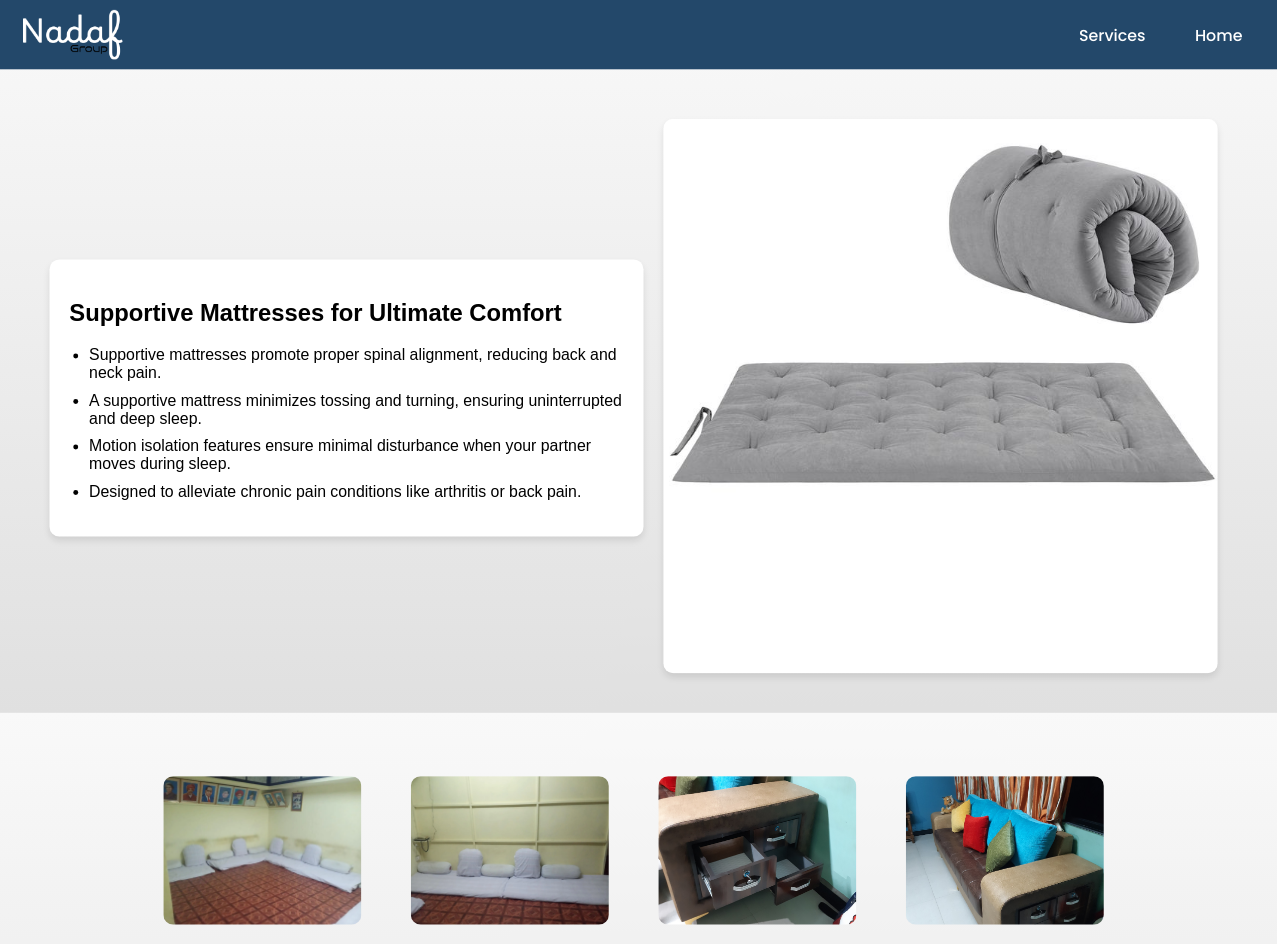
Repository: nadafgroup/rashidgadiUI
Page: src/rent.html
The author's editor kept a copy of each file at every save. The page is drawn from the files as they stood at one save, then again after a run of saves.
The browser window is 1280 px wide. The page is 1290 px wide, so the pictures cover 1290 px, including what lies to the right of the window. The pictures show the whole page, at 99% of full size.

Above is the page before, as saved 2025-01-29 15:39:27.

After the next 2 saves:
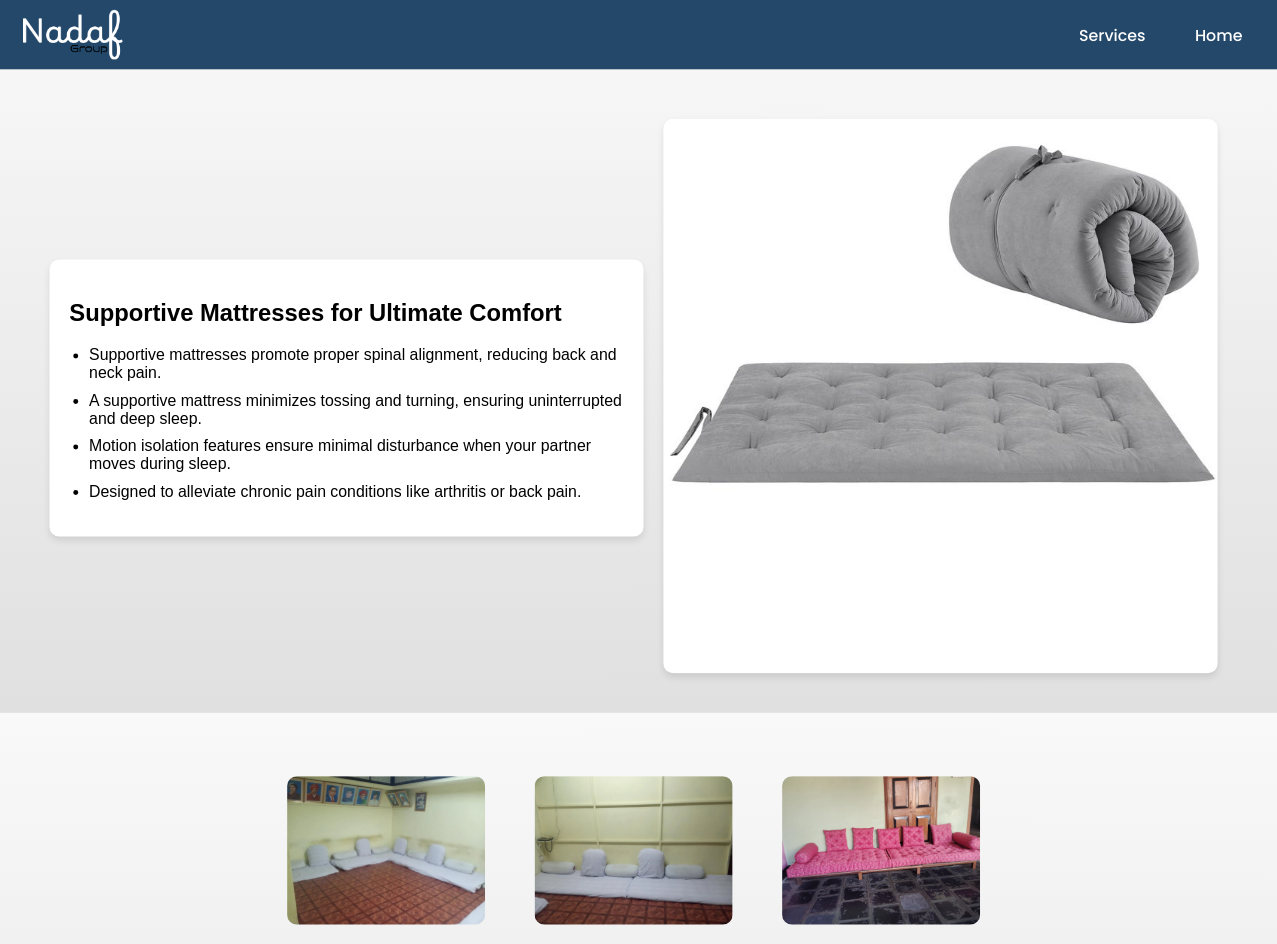
The 2 saves are shown as one change because they came seconds apart.
The last was saved 27 s later.
--- a/src/rent.html
+++ b/src/rent.html
@@ -52,8 +52,8 @@
     <div class="gallery">
         <img src="../assets/img/real img/r2.webp" alt="Gallery Image 1">
         <img src="../assets/img/real img/r3.webp" alt="Gallery Image 2">
-        <img src="../assets/img/real img/3.jpeg" alt="Gallery Image 3">
-        <img src="../assets/img/real img/4.jpeg" alt="Gallery Image 4">
+        <img src="../assets/img/real img/r8.webp" alt="Gallery Image 3">
+
     </div>
 
 </body>
